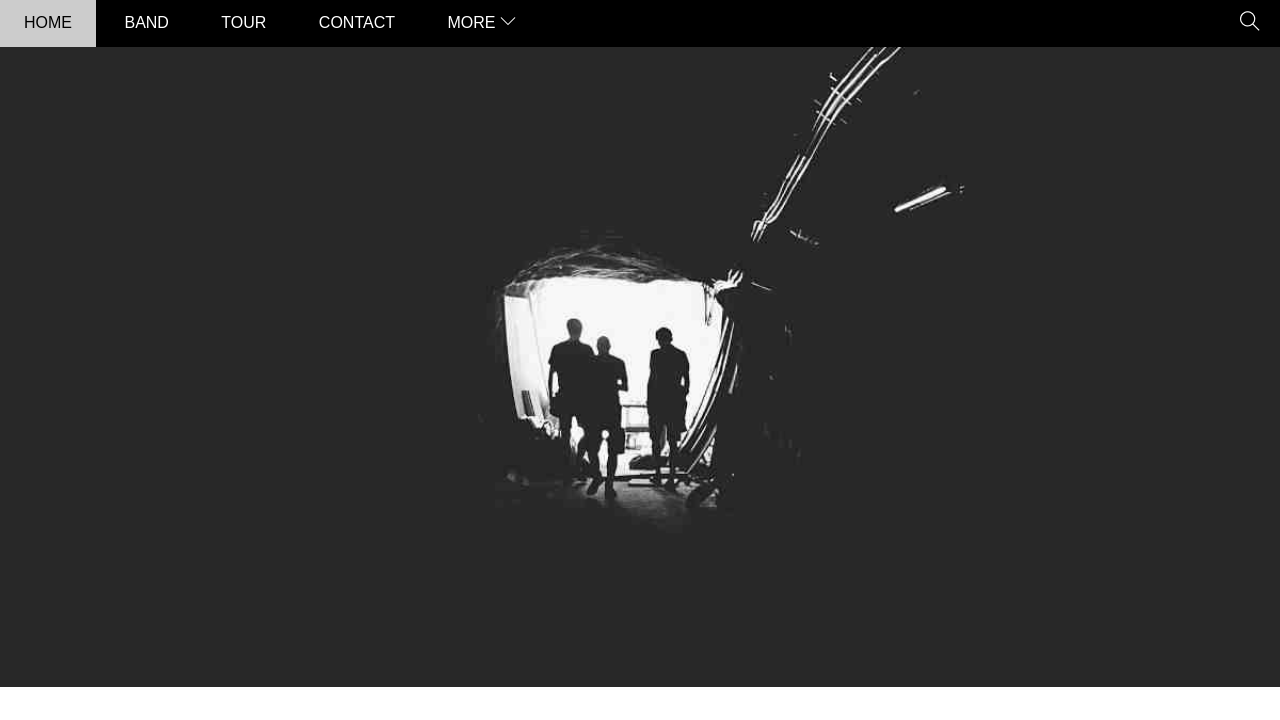
Repository: thanhsonnguyen-gif/f8-learn
Page: projectDemoTheBand/index.html
An editor plug-in stored every save of this project. The page is shown before and after the next save, followed by the edit.
The browser window is 1280 px wide. The pictures show the whole page.

Above is the page before, as saved 2022-06-24 17:02:20.

### projectDemoTheBand/index.html
<!DOCTYPE html>
<html lang="en">
<head>
    <meta charset="UTF-8">
    <meta http-equiv="X-UA-Compatible" content="IE=edge">
    <meta name="viewport" content="width=device-width, initial-scale=1.0">
    <title>Document</title>
    <link rel="stylesheet" href="./assets/css/style.css">
    <link rel="stylesheet" href="./assets/fonts/themify-icons-font/themify-icons/themify-icons.css">
</head>
<body>
    <div id="main">
        <div id="header">
            <ul id="nav">
                <li><a href="">HOME</a></li>
                <li><a href="">BAND</a></li>
                <li><a href="">TOUR</a></li>
                <li><a href="">CONTACT</a></li>
                <li>
                    <a title="more" href="#">
                        More
                    <i class="ti-angle-down"></i>
                    </a>
                    <ul class="subnav">
                        <li><a href="">Merchandise</a></li>
                        <li><a href="">Extras</a></li>
                        <li><a href="">Media</a></li>
                    </ul>
                </li>
            </ul>
            <div class="search-btn">
                <i class="ti-search"></i>
            </div>
        </div>
        <div id="slide">

        </div>
        <div id="content">

        </div>
        <div id="footer">

        </div>
    </div>
</body>
</html>

### projectDemoTheBand/assets/css/style.css
*{
    padding: 0;
    margin: 0;
    box-sizing: border-box;
}

#main {
    font-family: Arial, Helvetica, sans-serif;
}

#header {
position: fixed;
left: 0;
right: 0;
top: 0;
background-color: #000;
height: 46.5px;
color: #fff;
}

#nav{
    display: inline-block;
}

#nav ul{
    list-style-type: none;
}

#nav > li {
    display: inline-block;
    position: relative;
}

#nav > li > a {
    line-height: 46.5px;
    padding:0 24px;
    text-decoration: none;
    color: #fff;
    display: block;
    text-transform: uppercase;
}

#nav > li:hover > a {
    background-color: #ccc;
    color: #000;
}

#nav > li:hover .subnav {
    display: block;
}

#nav .subnav {
    position: absolute;
    display: none;
    box-shadow: 0 0 5px rgba(0, 0, 0, 0.4);
    background-color: #fff;
    min-width: 160px;
}

#nav .subnav > li > a{
    line-height: 38.5px;
    padding:0 16px;
    text-decoration: none;
    color: #000;
    display: block;
}

#nav .subnav > li:hover > a{
    background-color: #ccc;
}

#naw .ti-angle-down{
    font-size: 14px;
}

.search-btn {
float: right;
color: #fff;
font-size: 20px;
right: 0;
line-height: 46px;
padding: 0 20px;
cursor: pointer;
}

.search-btn:hover{
    background-color: #f44336;
}

#slide {
    margin-top: 46.5px;
    padding-top: 50%;
    background: url(/projectDemoTheBand/assets/img/slide1.jpg) top center / cover no-repeat;
}

#textContent {
width: 100%;
color: #fff;
}

#city {

}

#decription {

}


#content {

}

#footer {

}

Loaded but not shown: projectDemoTheBand/assets/fonts/themify-icons-font/themify-icons/themify-icons.css (common file)

After the next save:
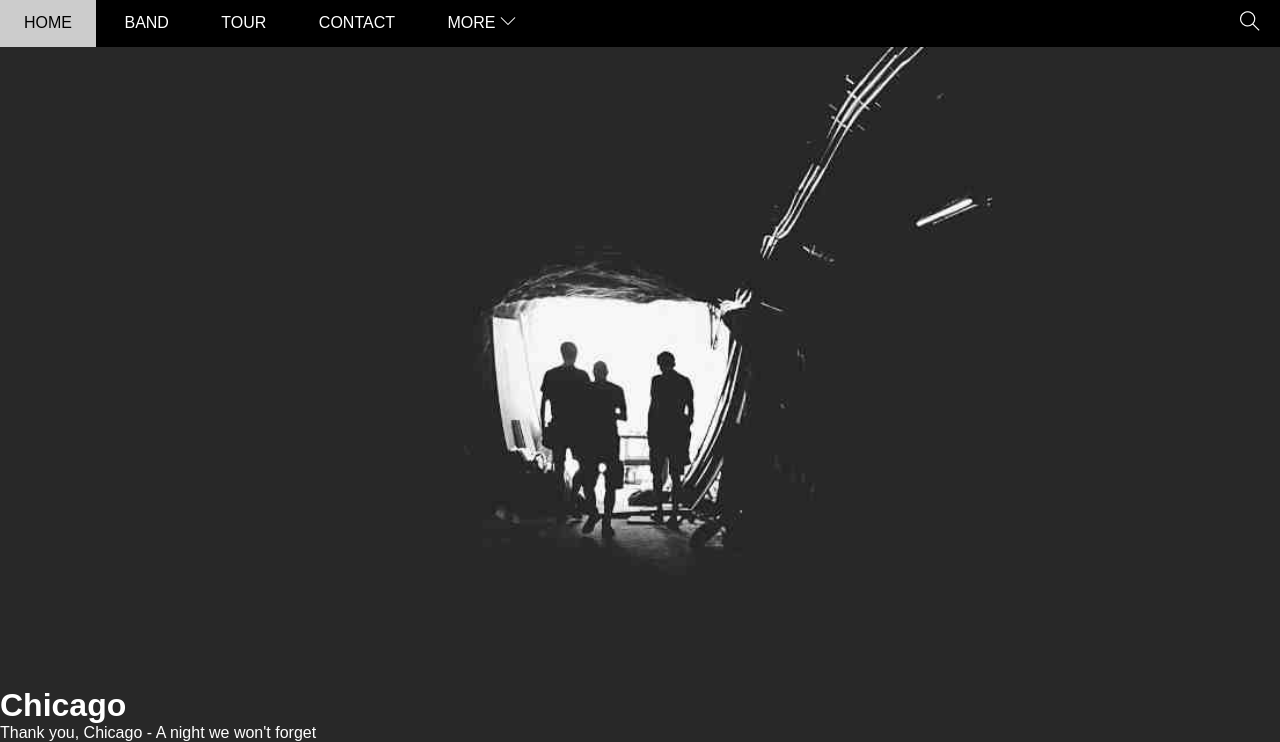
Saved 46 s later.
--- a/projectDemoTheBand/index.html
+++ b/projectDemoTheBand/index.html
@@ -33,7 +33,10 @@
             </div>
         </div>
         <div id="slide">
-
+            <div id="textContent">
+                <h1 id="city">Chicago</h1>
+                <p id="decription">Thank you, Chicago - A night we won't forget</p>
+            </div>
         </div>
         <div id="content">
 
